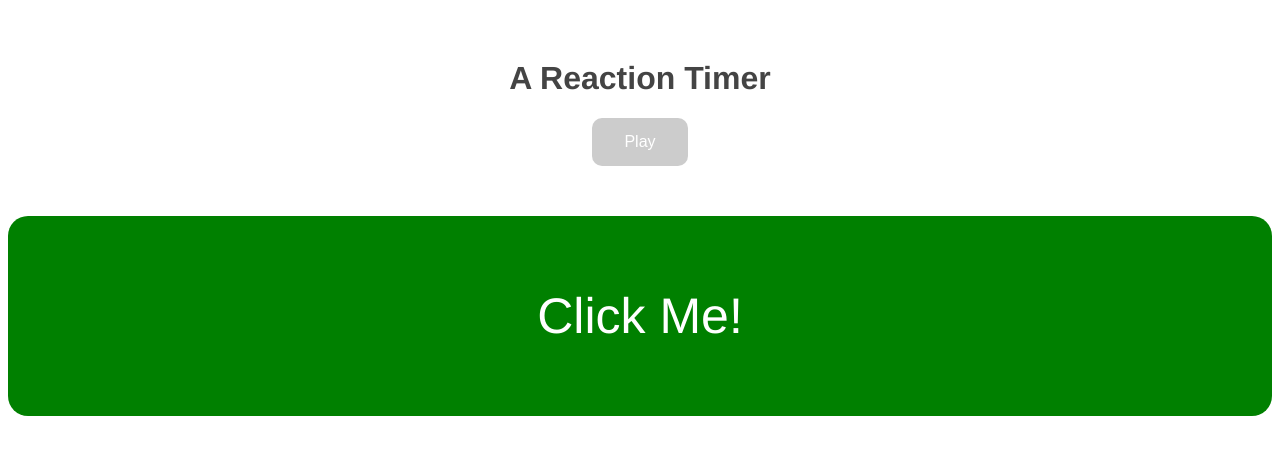
Repository: qudos4real/reaction-timer
Page: /, after clicking the first element matching `button`
The author's editor kept a copy of each file at every save. The page is drawn from the files as they stood at one save, then again after the next save.
The browser window is 1280 px wide. The pictures show the whole page.
The project was rebuilt for these pictures with package versions that can differ from the ones it lists, and the page was loaded fresh each time. Also part of the build but not shown: vue.config.js, src/components/Results.vue.

Above is the page before, as saved 2022-12-28 15:44:07.

After the next save:
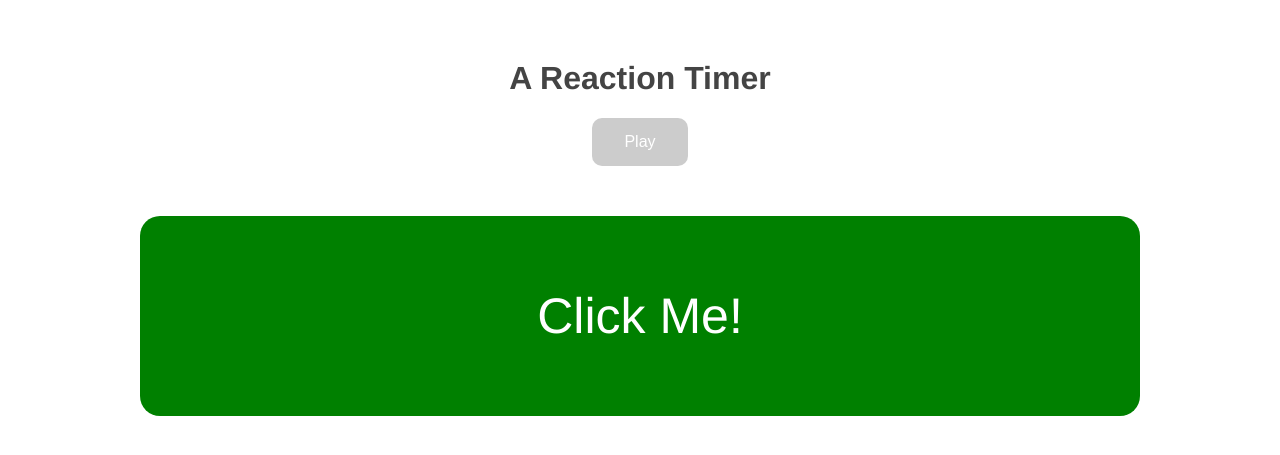
Saved 59 s later.
--- a/src/components/Block.vue
+++ b/src/components/Block.vue
@@ -39,7 +39,7 @@ methods: {
 
 <style>
 .block {
-    width: 100%;
+    width: 1000px;
     border-radius: 20px;
     text-align: center;
     margin: 50px auto;
